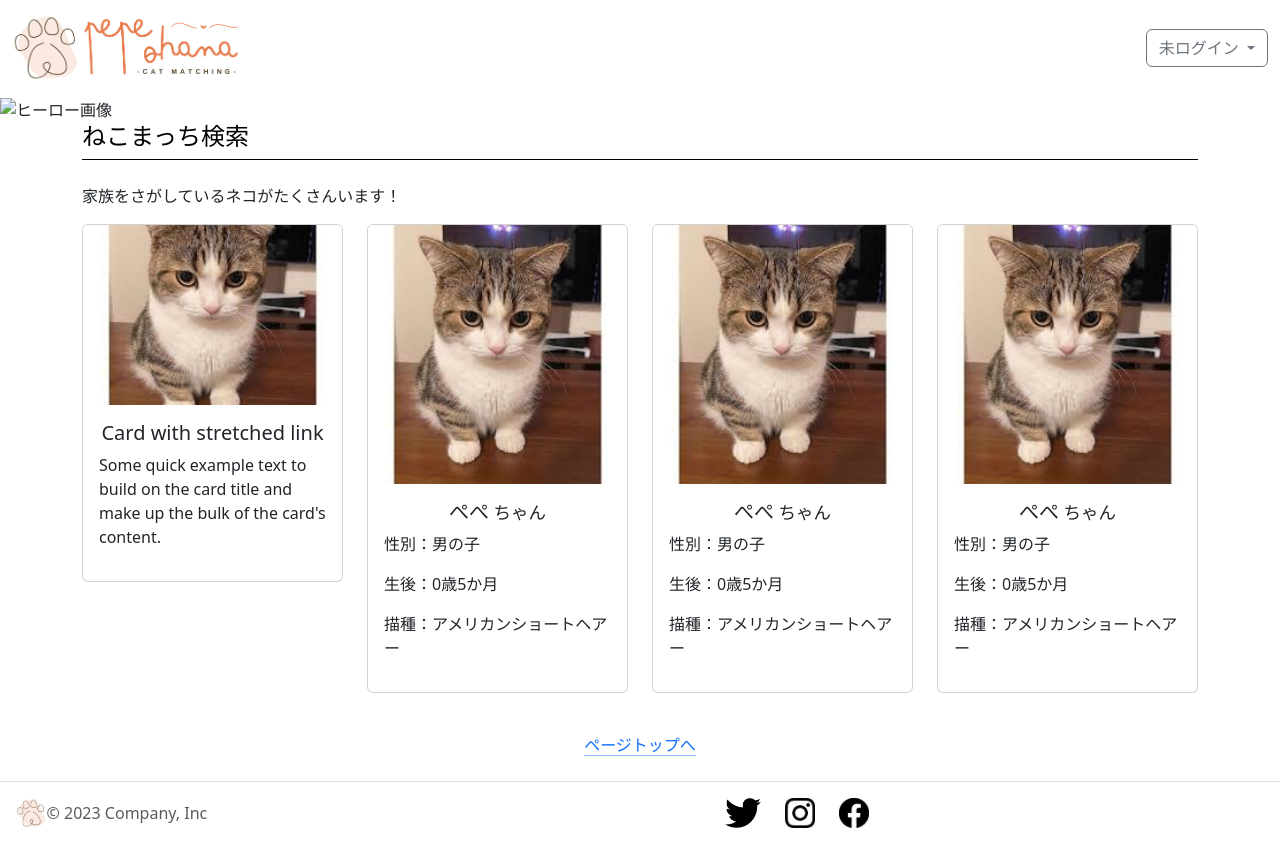
Repository: sakuwell/pepe
Page: http://localhost/PepeOhana/top.jsp
The author's editor kept a copy of each file at every save. The page is drawn from the files as they stood at one save, then again after the next save.
The browser window is 1280 px wide. The pictures show the whole page.
The page is served by Tomcat 9.

Above is the page before, as saved 2023-09-06 01:40:16.

After the next save:
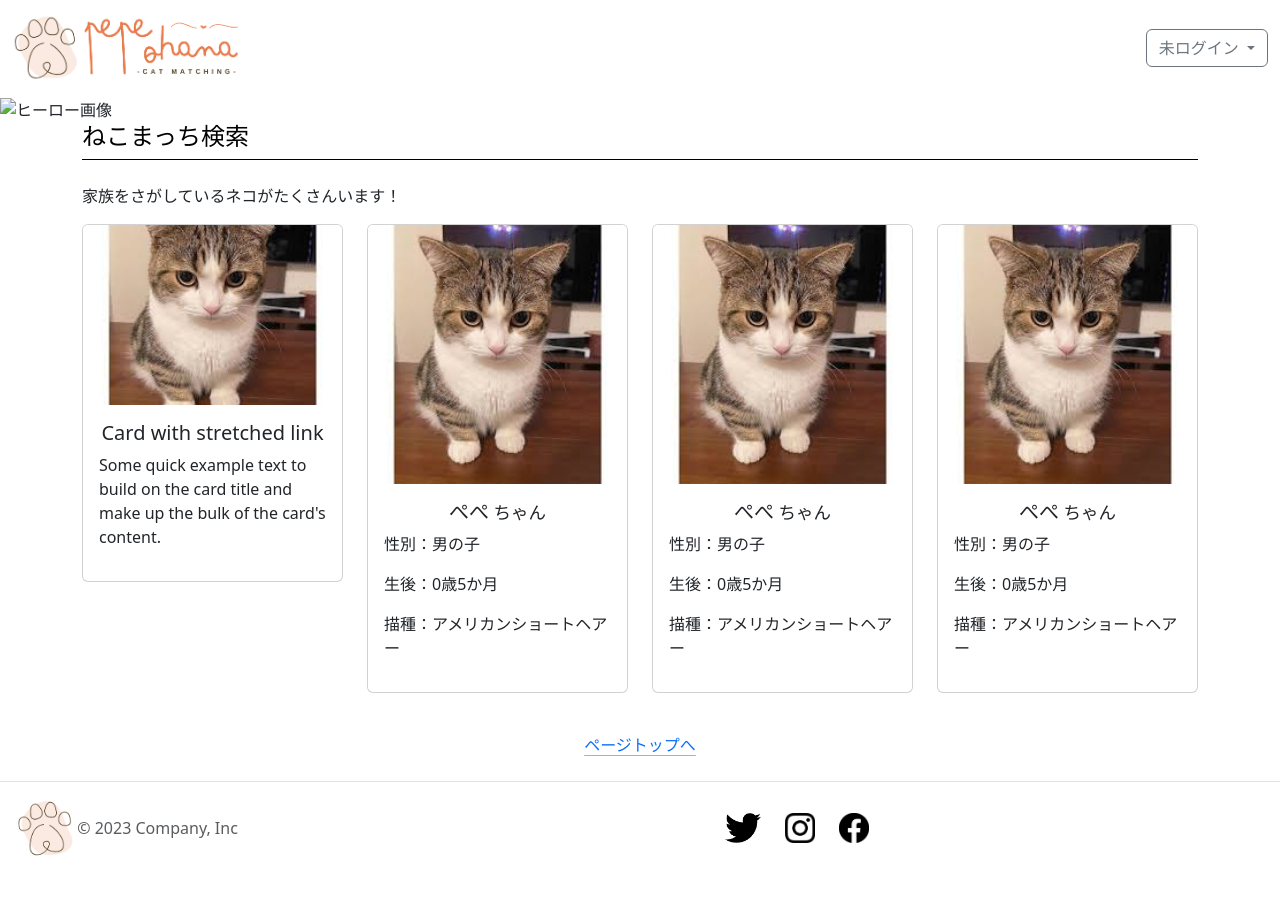
Saved 97 s later.
--- a/ExWorkSpace/PepeOhana/src/main/webapp/top.jsp
+++ b/ExWorkSpace/PepeOhana/src/main/webapp/top.jsp
@@ -155,7 +155,7 @@
     <footer class="d-flex flex-wrap justify-co
     ntent-between align-items-center py-3 my-4 border-top">
         <div class="col-md-4 d-flex align-items-center ms-3">
-        	<a><img alt="ロゴ画像" src="images/nikukyu_logo.png" width="auto" height="30"></a>
+        	<a><img alt="ロゴ画像" src="images/nikukyu_logo.png" width="auto" height="60"></a>
           	<span class="mb-3 mb-md-0 text-body-secondary">© 2023 Company, Inc</span>
         </div>
 
